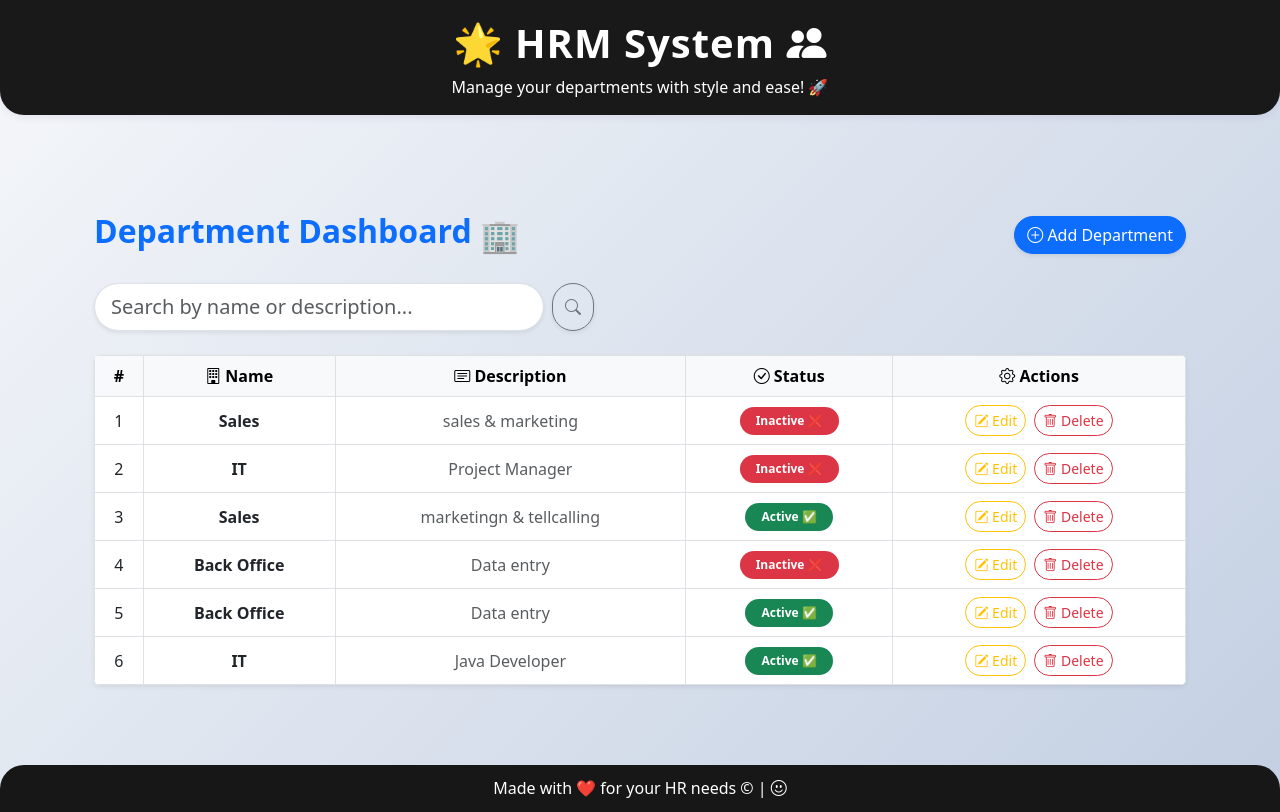
Repository: rtrupti09/HRMS
Page: http://localhost/departments/
An editor plug-in stored every save of this project. The page is shown before and after the next save, followed by the edit.
The browser window is 1280 px wide. The pictures show the whole page.
The page is served by the project's application, run on Django 5.2 (hrm_system/manage.py). The first stored user is signed in. The page reads the database file committed with the project.

Above is the page before, as saved 2025-06-22 15:49:40.

After the next save:
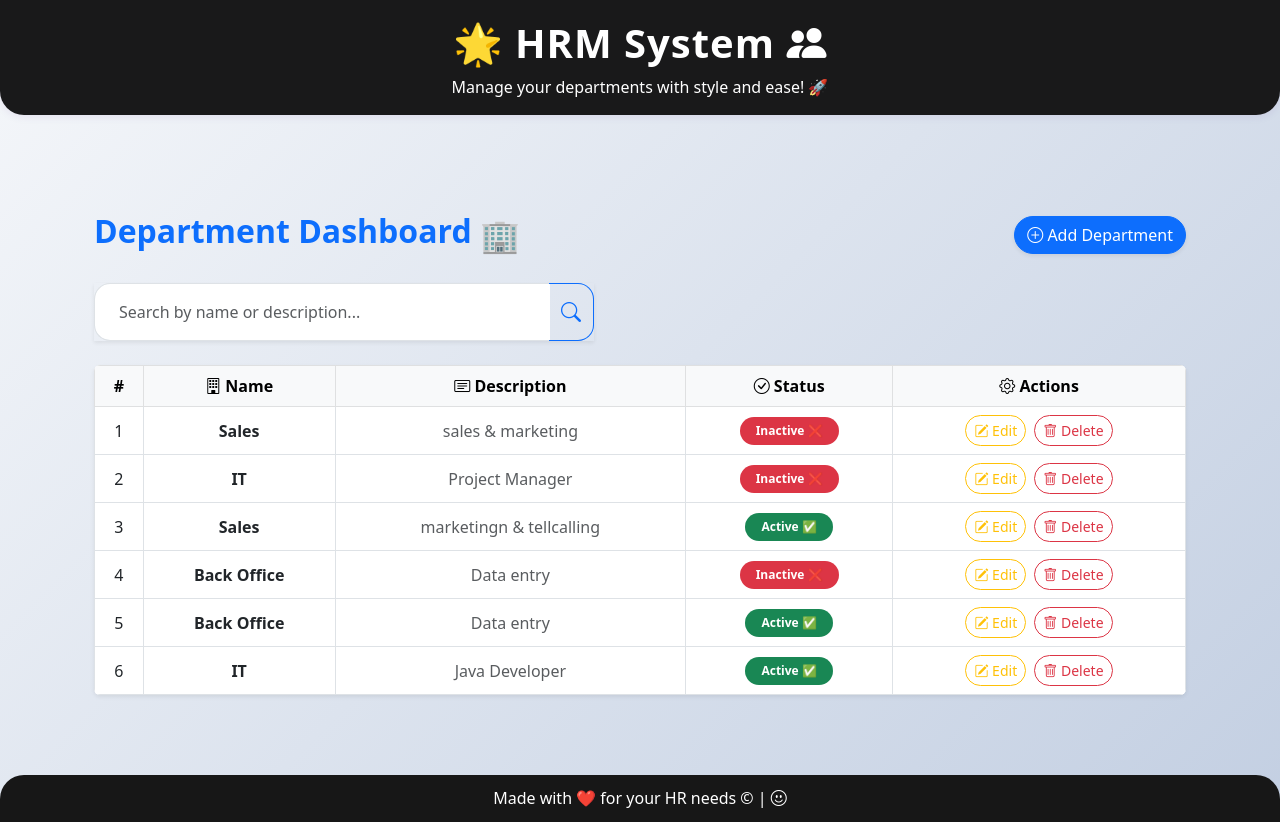
Saved 45 s later.
--- a/hrm_system/templates/department/dashboard.html
+++ b/hrm_system/templates/department/dashboard.html
@@ -17,13 +17,17 @@
         </a>
     </div>
 
-    <!-- Search Form -->
-    <form method="get" class="d-flex mb-4" style="max-width: 500px;">
-        <input type="text" name="search" value="{{ search }}" placeholder="Search by name or description..." class="form-control form-control-lg me-2 rounded-pill shadow-sm">
-        <button type="submit" class="btn btn-outline-secondary rounded-pill shadow-sm">
-            <i class="bi bi-search"></i>
-        </button>
-    </form>
+<!-- Stylish Search Form -->
+<form method="get" class="input-group mb-4 shadow-sm" style="max-width: 500px;">
+    <input type="text" name="search" value="{{ search }}"
+           class="form-control px-4 py-3 border-end-0 rounded-start-4"
+           placeholder="Search by name or description..."
+           style="font-size: 1rem;">
+    <button class="btn btn-outline-primary border-start-0 rounded-end-4" type="submit">
+        <i class="bi bi-search fs-5"></i>
+    </button>
+</form>
+
 
     <!-- Department Table -->
     <div class="table-responsive rounded shadow-sm">
